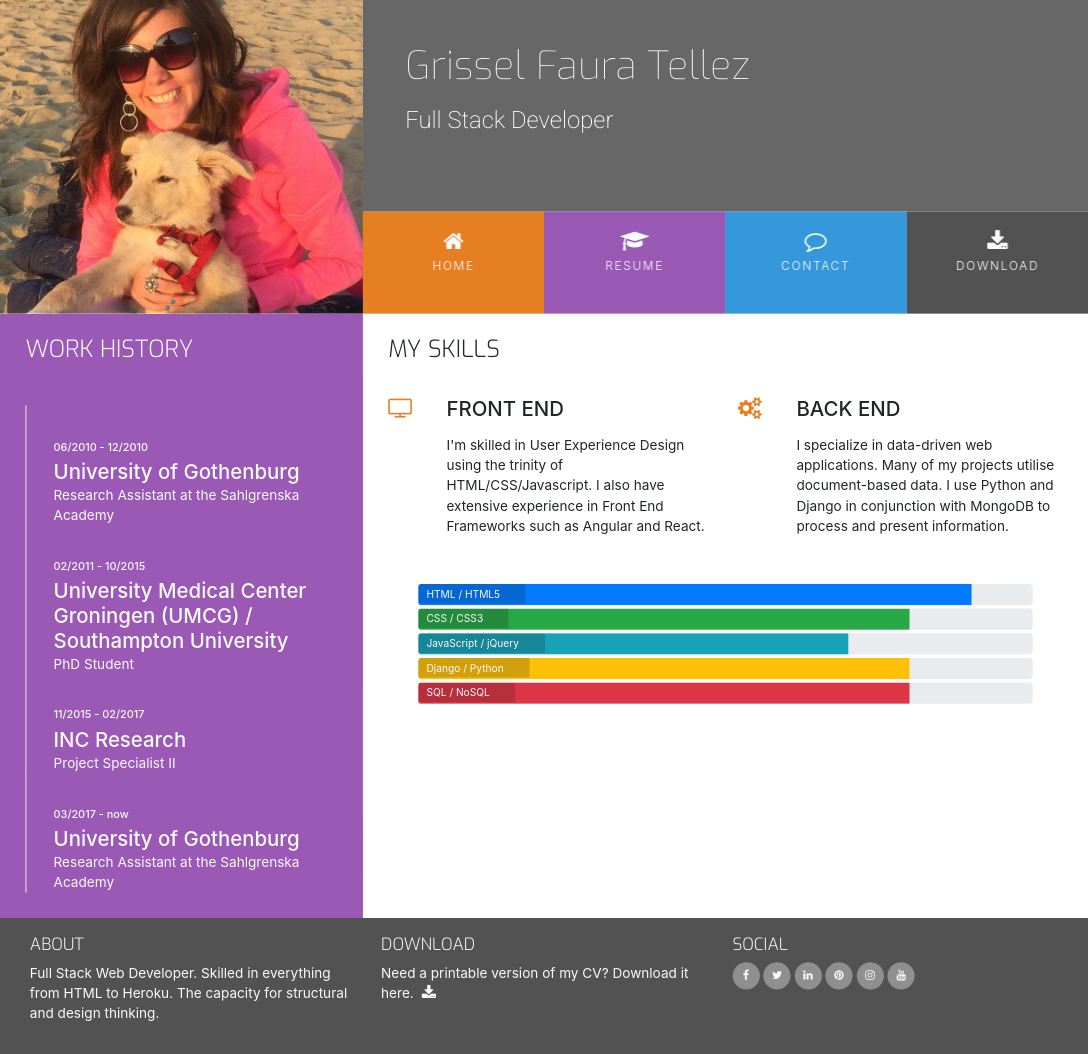
Repository: grisselfaura/Resume-Project-Introduction
Page: resume.html
The author's editor kept a record of every edit. The page is drawn from the files as they stood at one moment, then again after the next edit.
The browser window is 1280 px wide. The pictures show the whole page, at 85% of full size.

Above is the page before.

### resume.html
<!DOCTYPE html>
<html lang="en">
<head>
    <meta charset="UTF-8">
    <meta name="viewport" content="width=device-width, initial-scale=1.0">
    <meta http-equiv="X-UA-Compatible" content="ie=edge">
    <link rel="stylesheet" href="https://stackpath.bootstrapcdn.com/bootstrap/4.3.1/css/bootstrap.min.css" type="text/css" />
    <link rel="stylesheet" href="https://stackpath.bootstrapcdn.com/font-awesome/4.7.0/css/font-awesome.min.css" type="text/css" />
    <link rel="stylesheet" href="https://cdnjs.cloudflare.com/ajax/libs/hover.css/2.3.1/css/hover-min.css" type="text/css" />
    <link rel="stylesheet" href="assets/CSS/style.css" type="text/css" />
    <title>Grissel</title>
</head>
<body>
    <header>
       <div class="row no-gutters">
           <a class="col-md-4 logo" href="index.html"></a>
           <div class="col-md-8">
               <div class="row no-gutters bg-color-name-title">
                   <div class="col heading">
                       <h1 class="name">Grissel Faura Tellez</h1>
                       <h2 class="title">Full Stack Developer</h2>
                    </div>
               </div>
               <div class="row no-gutters">
                   <div class="col">
                       <ul id="nav" class="list-inline menucontainer">
                           <li class="col-6 col-sm-3 ui-menu-color-home list-inline-item menuitem">
                               <a href="#" class="hvr-sweep-to-bottom"><i class="fa fa-home" aria-hidden="true"></i><span>Home</span></a>
                           </li>
                           <li class="col-6 col-sm-3 ui-menu-color-resume list-inline-item menuitem">
                               <a href="#" class="hvr-sweep-to-bottom"><i class="fa fa-graduation-cap" aria-hidden="true"></i><span>Resume</span></a>
                           </li>
                           <li class="col-6 col-sm-3 ui-menu-color-contact list-inline-item menuitem">
                               <a href="#" class="hvr-sweep-to-bottom"><i class="fa fa-comment-o" aria-hidden="true"></i><span>Contact</span></a>
                           </li>
                           <li class="col-6 col-sm-3 ui-menu-color-download list-inline-item menuitem">
                               <a href="#" class="hvr-sweep-to-bottom"><i class="fa fa-download" aria-hidden="true"></i><span>Download</span></a>
                           </li>
                       </ul>
                   </div>
               </div>
           </div>
       </div>
    </header>
    <section class="container-fluid">
        <div class="row">
            <div class="col-md-4 bg-color-work-history section-column">
                <div class="row">
                    <div class="col-12">
                        <h3 class="history-heading uppercase">
                            Work History
                            </h3>
                    </div>
                </div>
                <div class="timeline-item" data-dates="06/2010 - 12/2010">
                    <h4>University of Gothenburg</h4>
                    <p>Research Assistant at the Sahlgrenska Academy</p>
                </div>
                <div class="timeline-item" data-dates="02/2011 - 10/2015">
                    <h4>University Medical Center Groningen (UMCG) / Southampton University</h4>
                    <p>PhD Student</p>
                </div>
                <div class="timeline-item" data-dates="11/2015 - 02/2017">
                    <h4>INC Research</h4>
                    <p>Project Specialist II</p>
                </div>
                <div class="timeline-item" data-dates="03/2017 - now">
                    <h4>University of Gothenburg</h4>
                    <p>Research Assistant at the Sahlgrenska Academy</p>
                </div>

            </div>
            <div class="col-md-8 bg-color-three-reasons section-column">
                <div class="row">
                    <div class="col">
                        <h3 class="section-heading uppercase">My Skills</h3>
                    </div>
                </div>
                <div class="row">
                    <div class="col-10 offset-1 offset-sm-0 col-sm-4 col-md-6">
                        <div class="row">
                            <div class="col-2">
                                <i class="three-reasons-icon fa fa-tv" aria-hidden="true"></i>
                            </div>
                            <div class="col-10">
                                <h4 class="three-reasons-heading uppercase">Front End</h4>
                                <p>
                                    I'm skilled in User Experience Design using the trinity of HTML/CSS/Javascript. I also have extensive experience in Front End Frameworks such as Angular and React.
                                </p>
                            </div>
                        </div>
                    </div>
                    <div class="col-10 offset-1 offset-sm-0 col-sm-4 col-md-6">
                        <div class="row">
                            <div class="col-2">
                                <i class="three-reasons-icon fa fa-gears" aria-hidden="true"></i>
                            </div>
                            <div class="col-10">
                                <h4 class="three-reasons-heading uppercase">Back End</h4>
                                <p>
                                    I specialize in data-driven web applications. Many of my projects utilise document-based data. I use Python and Django in conjunction with MongoDB to process and present information.
                                </p>
                            </div>
                        </div>
                    </div>
                </div>
                <div class="row progress-section">
                    <div class="col">
                        <div class="progress">
                            <div class="progress-bar" role="progressbar" aria-valuenow="90" aria-valuemin="0" aria-valuemax="100" style="width:90%;">
                                <span class="sr-only">90% complete</span>
                            </div>
                            <span class="progress-type">HTML / HTML5</span>
                        </div>
                        <div class="progress">
                            <div class="progress-bar bg-success" role="progressbar" aria-valuenow="80" aria-valuemin="0" aria-valuemax="100" style="width:80%;">
                                <span class="sr-only">80% complete</span>
                            </div>
                            <span class="progress-type">CSS / CSS3</span>
                        </div>
                        <div class="progress">
                            <div class="progress-bar bg-info" role="progressbar" aria-valuenow="70" aria-valuemin="0" aria-valuemax="100" style="width:70%;">
                                <span class="sr-only">70% complete</span>
                            </div>
                            <span class="progress-type">JavaScript / jQuery</span>
                        </div>
                        <div class="progress">
                            <div class="progress-bar bg-warning" role="progressbar" aria-valuenow="80" aria-valuemin="0" aria-valuemax="100" style="width:80%;">
                                <span class="sr-only">80% complete</span>
                            </div>
                            <span class="progress-type">Django / Python</span>
                        </div>
                         <div class="progress">
                            <div class="progress-bar bg-danger" role="progressbar" aria-valuenow="80" aria-valuemin="0" aria-valuemax="100" style="width:80%;">
                                <span class="sr-only">80% complete</span>
                            </div>
                            <span class="progress-type">SQL / NoSQL</span>
                        </div>
                    </div>
                </div>
            </div>
        </div>
 </section>
    <footer class="container-fluid">
        <div id="footer-details" class="row">
            <div class="col-sm-4">
                <h5 class="uppercase general-sub">About</h5>
                <p class ="inline-block">
                Full Stack Web Developer. Skilled in everything from HTML to Heroku. The capacity for structural and design thinking.</p>
            </div>
            <div class="col-sm-4">
                <h5 class="uppercase general-sub">Download</h5>
                <p class ="inline-block">
                Need a printable version of my CV? Download it here.
                    <a href="#" target="_blank" class="cv-pdf">
                        <i class="fa fa-download" aria-hidden="true"></i>
                        <span class="sr-only">Download link again.</span>
                    </a>
                </p>
             </div>
            <div class="col-sm-4">
                <h5 class="uppercase general-sub">Social</h5>
                <ul class="list-inline social-links">
                    <li class="list-inline-item">
                        <a target="_blank" href="#">
                            <i class="fa fa-facebook" aria-hidden="true"></i>
                            <span class="sr-only">Facebook</span>
                        </a>
                    </li>
                    <li class="list-inline-item">
                        <a target="_blank" href="#">
                            <i class="fa fa-twitter" aria-hidden="true"></i>
                            <span class="sr-only">Twitter</span>
                        </a>
                    </li>
                     <li class="list-inline-item">
                        <a target="_blank" href="#">
                            <i class="fa fa-linkedin" aria-hidden="true"></i>
                            <span class="sr-only">LinkedIn</span>
                        </a>
                    </li>
                    <li class="list-inline-item">
                        <a target="_blank" href="#">
                            <i class="fa fa-pinterest" aria-hidden="true"></i>
                            <span class="sr-only">Pinterest</span>
                        </a>
                    </li>
                    <li class="list-inline-item">
                        <a target="_blank" href="#">
                            <i class="fa fa-instagram" aria-hidden="true"></i>
                            <span class="sr-only">Instagram</span>
                        </a>
                    </li>
                    <li class="list-inline-item">
                        <a target="_blank" href="#">
                            <i class="fa fa-youtube" aria-hidden="true"></i>
                            <span class="sr-only">Youtube</span>
                        </a>
                    </li>
                </ul>
            </div>
        </div>
    </footer>
</body>
</html>

### assets/CSS/style.css
@import url('https://fonts.googleapis.com/css?family=Roboto:100,200,300,400,500,600,700|Exo:100,200,300,400,500,600,700');

/*---------------------------------Colours*/

.bg-color-name-title {
    background-color: #676767;
}

.bg-color-three-reasons {
    background-color: #fff;
}

.bg-color-personal-info {
    background-color: #f4f4f4;
}

.bg-color-work-history {
    background-color: #9b59b6;
}

.ui-menu-color-home {
    background-color: #e67e22;
}

.ui-menu-color-resume {
    background-color: #9b59b6;
}

.ui-menu-color-contact {
    background-color: #3498db;
}

.ui-menu-color-download {
    background-color: #525252;
}
/*---------------------------------Special paddings/margins/text*/

h1,
h2,
h3,
h4 {
    margin: 0;
}

.uppercase {
   text-transform: uppercase;
}

.general-sub {
    font-family: "Exo", sans-serif;
    font-weight: 300;
    color: #fafafa;
}

.inline-block {
    display: inline-block;
}

.row-table {
    display: table;
}

.section-column {
    display: table-cell;
    padding: 0 30px 30px;
    float: none;
}

.history-heading,
.section-heading {
    font-family: "Exo", sans-serif;
    font-weight: 300;
    margin-top: 25px;
    margin-bottom: 40px;
}

/*---------------------------------Heading*/
header {
    margin: 0;
}

.heading {
    margin-left: 50px;
}

.logo {
    background: url("../images/gri.jpg");
    background-position: center;
    background-repeat: no-repeat;
    background-size: cover;
    min-height: 360px;
    transition: all .5s ease-in-out;
    -moz-transition: all .5s ease-in-out;
    -webkit-transition: all .5s ease-in-out;
}

.name {
    font-family: "Exo", sans-serif;
    font-weight: 100;
    font-size: 46px;
    margin-top: 50px;
    color: #ffffff;
}

.title {
    font-family: "Roboto", sans-serif;
    font-weight: 200;
    font-size: 28px;
    margin-top: 20px;
    margin-bottom: 90px;
    color: #ffffff;
}
.list-inline-item:not(:last-child) {
    margin-right: 0;
}
.menucontainer {
    font-size: 0;
}

#nav {
    margin: 0
}

#nav li {
    font-size: 14px;
    padding: 0;
}

.menuitem {
    height: 120px;
    text-align: center;
    padding: 0;
}

.menuitem a {
    width: 100%;
    text-decoration: none;
    color: #fff;
    height: 120px;
}

.menuitem a i {
    padding-top: 22px;
    display: block;
    color: #fafafa;
    font-size: 26px;
}

.menuitem span {
    display: block;
    width: 100%;
    padding-top: 5px;
    text-align: center;
    text-transform: uppercase;
    font-size: 14px;
    font-weight: 300;
    letter-spacing: 2px;
}

/*---------------------------------Hover.css*/
.hvr-sweep-to-bottom:before {
    background: rgba(0,0,0,0.2);
    height: 120px;
}

/*---------------------------------Footer*/

footer {
    background-color: #525252;
    color: #fafafa;
    min-height: 120px;
    margin: 0;
}

.cv-pdf i {
  font-size: 18px;
  color: #fafafa;
  text-align: center;
  padding-left: 5px;
  transition: all 0.35s ease-in-out;
  -moz-transition: all 0.35s ease-in-out;
  -webkit-transition: all 0.35s ease-in-out;
  -o-transition: all 0.35s ease-in-out;
}

.cv-pdf i:hover {
  color: #e84610;
}

.social-links {
    padding-bottom: 15px;
}

.social-links li a i {
    width: 32px;
    height: 32px;
    padding: 12px 0;
    border-radius: 50%;
    font-size: 13px;
    line-height: 7px;
    text-align: center;
    color: #fafafa;
    background: #8f8f8f;
    transition: all 0.35s ease-in-out;
    -moz-transition: all 0.35s ease-in-out;
    -webkit-transition: all 0.35s ease-in-out;
    -o-transition: all 0.35s ease-in-out;
}

.social-links li a i:hover {
    background: #e84610;
}

#footer-details {
    padding: 20px;
}

/*---------------------------------Three Reasons*/

.three-reasons-icon {
    font-size: 26px;
    color: #e67e22;
}

.three-reasons-heading {
    margin-bottom: 15px;
}

/*---------------------------------Personal Info*/
.personal-info-item {
    margin-bottom: 20px;
    display: block;
    clear: both;
}

.personal-info-item .key,
.personal-info-item .value {
    padding-right: 8px;
    display: inline-block;
}

.personal-info-item .key p,
.personal-info-item .value p {
    margin: 0;
}

.personal-info-item .key {
    width: 30%;
    margin-right: 21px;
    padding-top: 2px;
    vertical-align: top;
}

.personal-info-item .key p {
    font-weight: 700;
}

.personal-info-item .value {
    position: relative;
    width: 60%;
}

/*---------------------------------Skills*/

.progress {
    position: relative;
    height: 25px;
    margin-bottom: 4px;
}

.progress-type {
    position: absolute;
    left:0px;
    font-weight: 400;
    padding: 3px 30px 2px 10px;
    color: #fafafa;
    background-color: rgba(25, 25, 25, 0.2);
}

.progress-section {
    margin: 40px 20px;
}

/*---------------------------------Work History*/

.history-heading {
    color: #fafafa;
    margin-bottom: 50px;
}

.timeline-item {
    padding: 4em 2em 0em 2em;
    position: relative;
    color: #fafafa;
    border-left: 1px solid;
}

.timeline-item p {
    padding: 0;
    margin: 0;
}

.timeline-item:before {
    content: attr(data-dates);
    position: absolute;
    left: 2.5em;
    top: 3em;
    display: block;
    font-family:  !important;
    font-weight: 500;
    font-size: 0.8em;
    padding: 0;
    margin:0;
}

After the next edit:
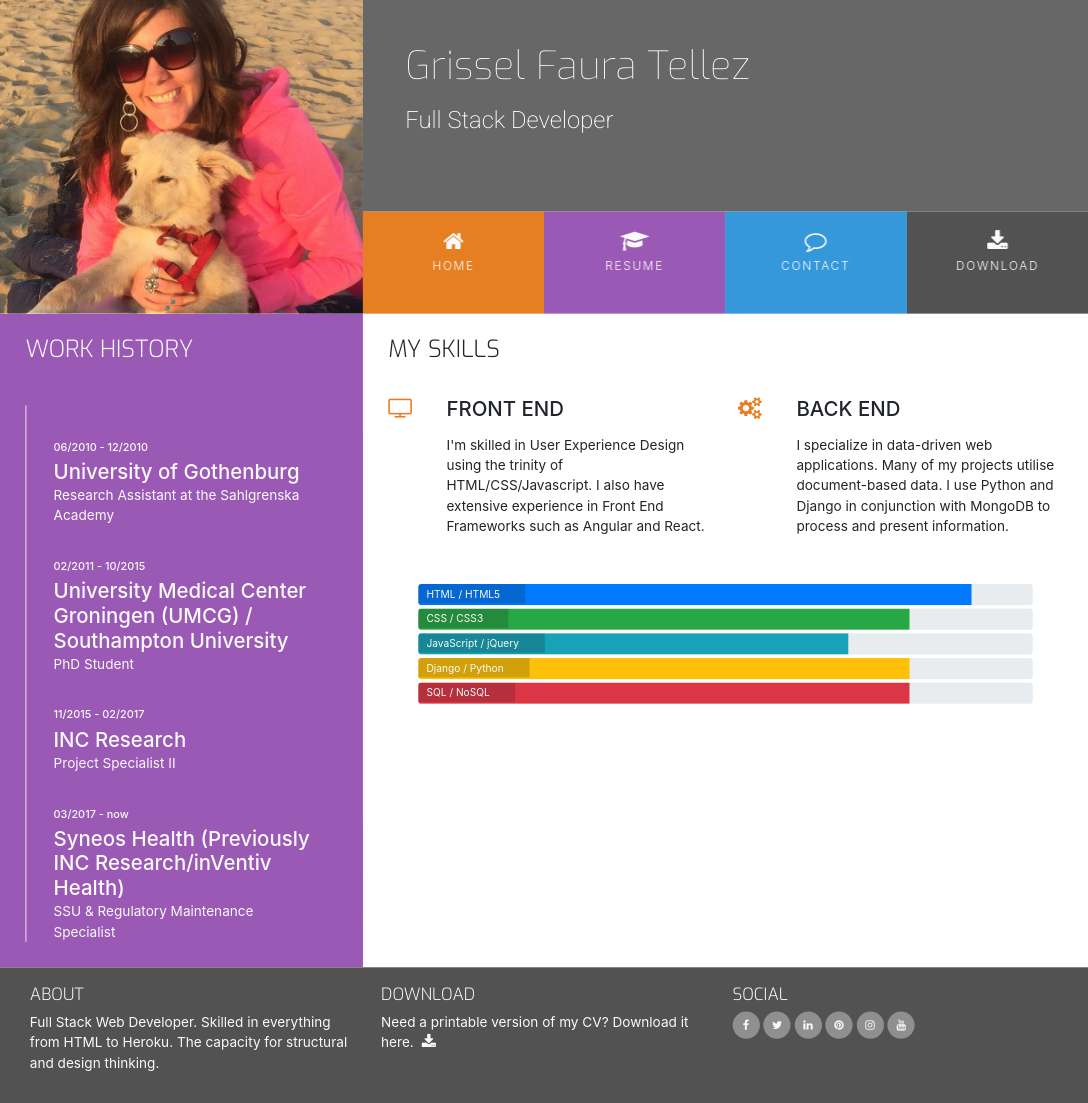
The edit:
--- a/resume.html
+++ b/resume.html
@@ -65,8 +65,8 @@
                     <p>Project Specialist II</p>
                 </div>
                 <div class="timeline-item" data-dates="03/2017 - now">
-                    <h4>University of Gothenburg</h4>
-                    <p>Research Assistant at the Sahlgrenska Academy</p>
+                    <h4>Syneos Health (Previously INC Research/inVentiv Health)</h4>
+                    <p>SSU & Regulatory Maintenance Specialist </p>
                 </div>
 
             </div>
